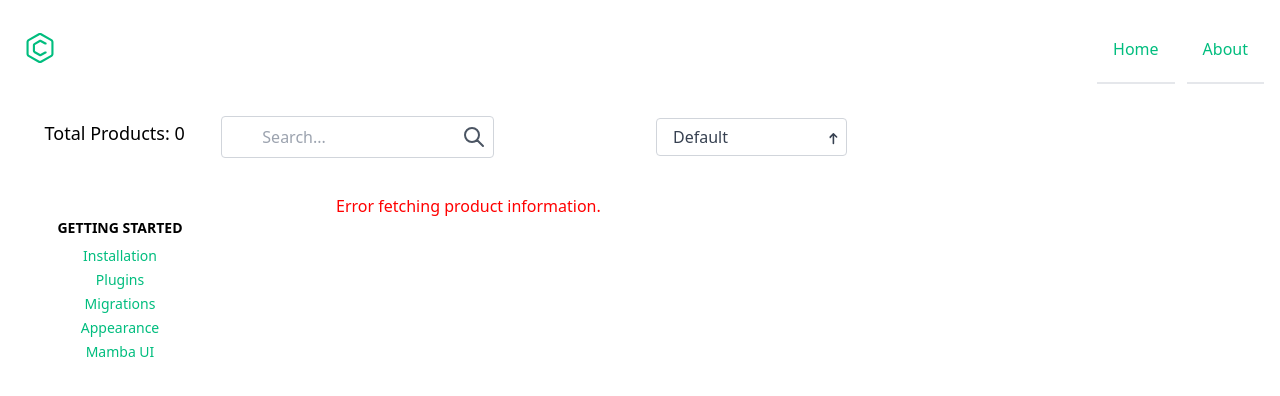
Repository: loktioncode/vectra-shop
Page: /
An editor plug-in stored every save of this project. The page is shown before and after the next save, followed by the edit.
The browser window is 1280 px wide. The pictures show the whole page.
The page's requests for data from a server got no answer. The project was rebuilt for these pictures with package versions that can differ from the ones it lists, and the page was loaded fresh each time. No one was signed in, and anything a server would have sent is missing. Also part of the build but not shown: vite.config.ts, src/components/ProductCard.vue. Imported but missing from the stored project, and not drawn on this page: src/components/Counter.vue.

Above is the page before, as saved 2023-09-20 17:46:39.

After the next save:
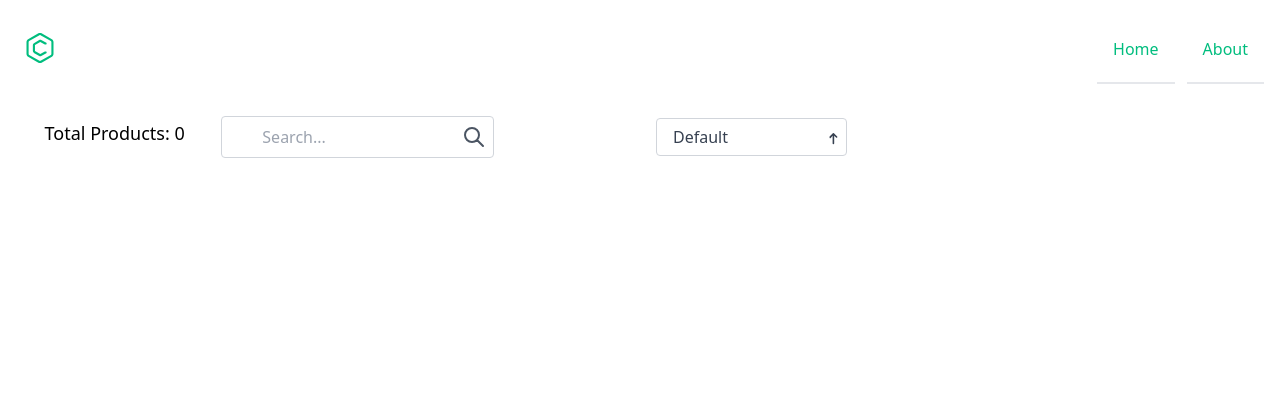
Console error: ReferenceError: watchEffect is not defined
Saved 2 min 2 s later.
--- a/src/components/Products.vue
+++ b/src/components/Products.vue
@@ -1,30 +1,34 @@
 <template>
   <div class="flex">
     <div v-if="productStore.loading">Loading...</div>
-      <div v-else>
-        <div v-if="productStore.error" class="error-message">{{ productStore.error }}</div>
-        <div class="px-10">
-          <div class="grid grid-cols-4 gap-4">
-            <ProductCard v-for="product in productStore.products" :key="product.id" :product="product" />
-          </div>
+    <div v-else>
+      <div v-if="productStore.error" class="error-message">{{ productStore.error }}</div>
+      <div class="px-10">
+        <div class="grid grid-cols-4 gap-4">
+          <ProductCard v-for="product in productStore.filteredProducts" :key="product.id" :product="product" />
         </div>
       </div>
+    </div>
   </div>
 </template>
 
 <script setup lang="ts">
-import { onMounted } from 'vue';
+import { onMounted, ref } from 'vue';
 import { useProductStore } from '@/stores/productStore';
 import ProductCard from '@/components/ProductCard.vue';
 
 const productStore = useProductStore();
 
-async function fetchProductInfo() {
+onMounted(() => {
+  // Fetch product information when the component is mounted
   const apiUrl = 'https://fakestoreapi.com/products'; // Replace with your actual API endpoint
-  await productStore.fetchProductInfo(apiUrl);
-}
+  productStore.fetchProductInfo(apiUrl);
+});
 
-onMounted(() => fetchProductInfo());
+// Watch for changes in searchTerm and update filteredProducts
+watchEffect(() => {
+  productStore.updateFilteredProducts(productStore.searchTerm);
+});
 </script>
 
 <style scoped>

After the save that followed:
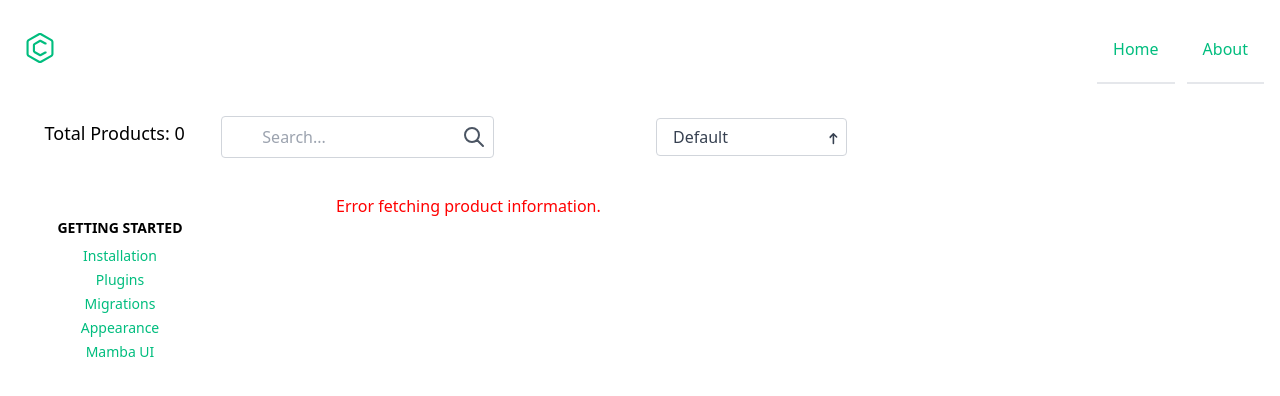
The error is gone.
Saved 9 s later.
--- a/src/components/Products.vue
+++ b/src/components/Products.vue
@@ -13,7 +13,7 @@
 </template>
 
 <script setup lang="ts">
-import { onMounted, ref } from 'vue';
+import { onMounted, ref, watchEffect } from 'vue';
 import { useProductStore } from '@/stores/productStore';
 import ProductCard from '@/components/ProductCard.vue';
 
